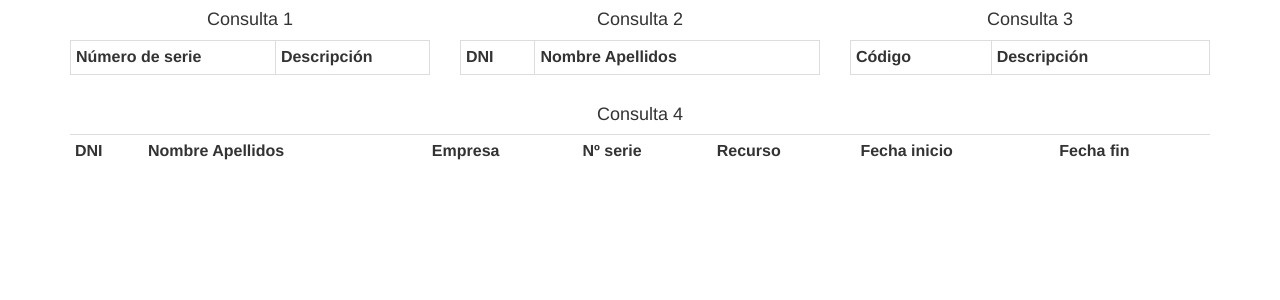
Repository: Myugen/EjercicioPHP
Page: http://localhost/Ejercicio2/index.php
An editor plug-in stored every save of this project. The page is shown before and after the next save, followed by the edit.
The browser window is 1280 px wide. The pictures show the whole page.
Some web libraries are served in a nearby version. The page is run by PHP 8.4 with error messages shown; the project is at /var/www/html/. Queries for data that is not in the repository find no rows.

Above is the page before, as saved 2015-11-18 19:14:20.

After the next save:
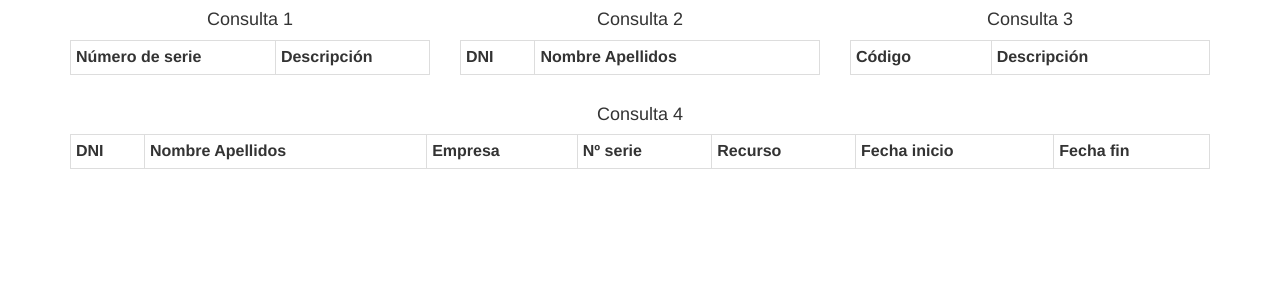
Saved 34 s later.
--- a/Actividades5-2/Ejercicio2/index.php
+++ b/Actividades5-2/Ejercicio2/index.php
@@ -93,7 +93,7 @@
 		                  WHERE t.DNI = p.DNI AND t.NumSerie = r.NumSerie
 		                        AND p.empresa = e.Codigo AND r.empresa = e.Codigo";
 			if($resultado = $conexion->query($consulta4)) {
-				echo "<table class='table table-condensed'>";
+				echo "<table class='table table-condensed table-bordered table-hover'>";
 				echo "<tr><th>DNI</th><th>Nombre Apellidos</th><th>Empresa</th><th>Nº serie</th>
 		              <th>Recurso</th><th>Fecha inicio</th><th>Fecha fin</th></tr>";
 				while($row = $resultado->fetch_row()){
